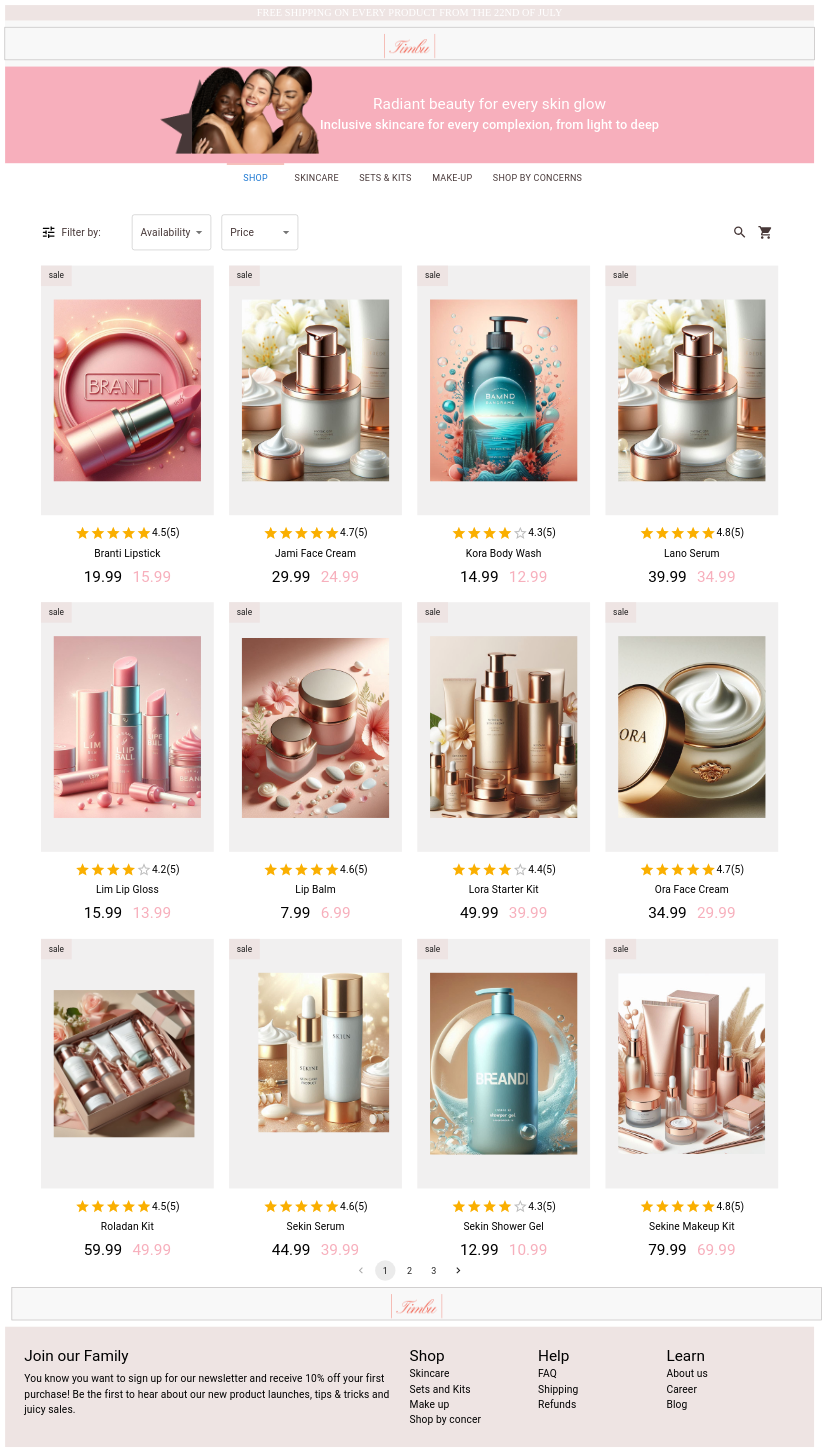
Repository: Armstrong2035/hng-project-two
Page: / (app in timbu-store/)
The author's editor kept a copy of each file at every save. The page is drawn from the files as they stood at one save, then again after the next save.
The browser window is 1280 px wide. The page is 1284 px wide, so the pictures cover 1284 px, including what lies to the right of the window. The pictures show the whole page, at 64% of full size.
The project was rebuilt for these pictures with package versions that can differ from the ones it lists, and the page was loaded fresh each time. The framework's server and built-in components were replaced by stand-ins that run in the browser. Also part of the build but not shown: timbu-store/next.config.mjs, timbu-store/src/app/fonts.css.

Above is the page before, as saved 2024-07-10 01:02:15.

After the next save:
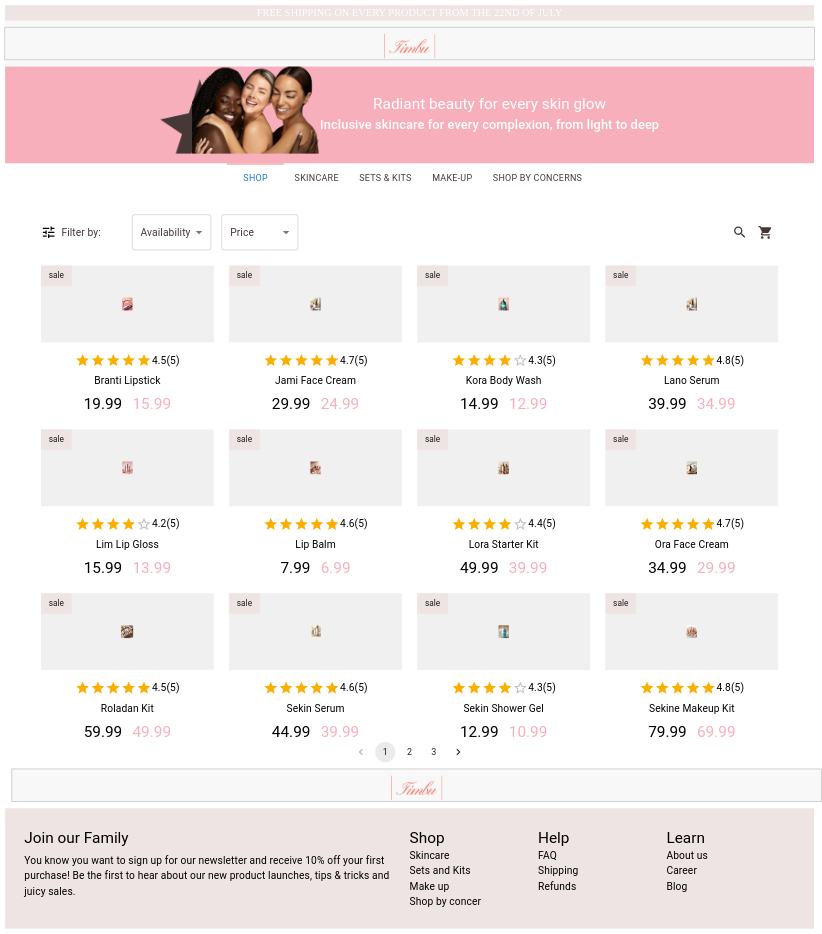
Saved 12 s later.
--- a/timbu-store/components/Products/ProductList.js
+++ b/timbu-store/components/Products/ProductList.js
@@ -72,7 +72,7 @@
                           },
 
                           // width: "260px",
-                          height: "290px",
+
                           padding: "50px 20px",
                         }}
                         elevation={"none"}

After the 2 saves that followed:
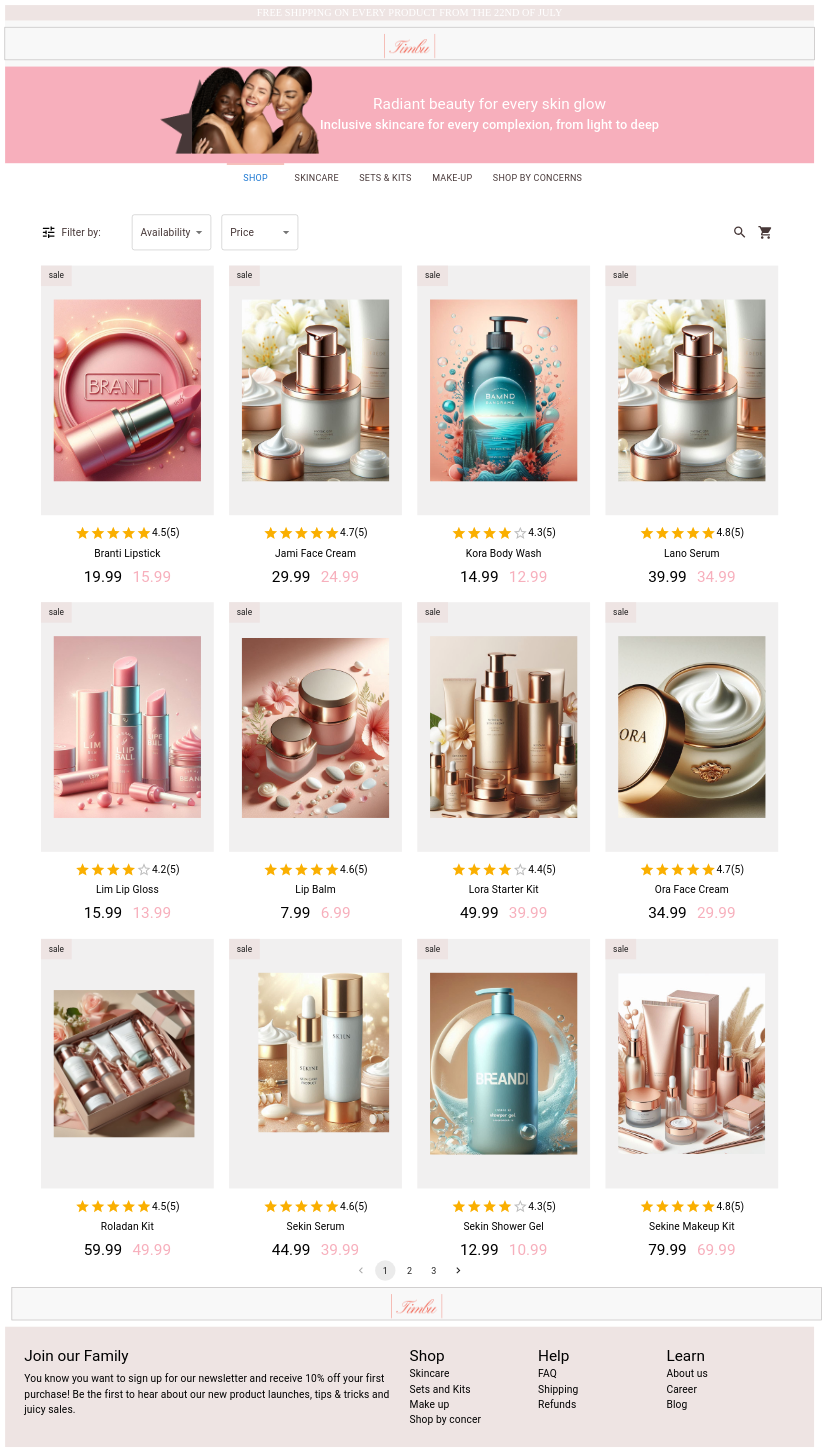
The 2 saves are shown as one change because they came seconds apart.
The last was saved 10 s later.
--- a/timbu-store/components/Products/ProductList.js
+++ b/timbu-store/components/Products/ProductList.js
@@ -71,8 +71,7 @@
                             backgroundColor: "#E6DFDF",
                           },
 
-                          // width: "260px",
-
+                          height: "290px",
                           padding: "50px 20px",
                         }}
                         elevation={"none"}
